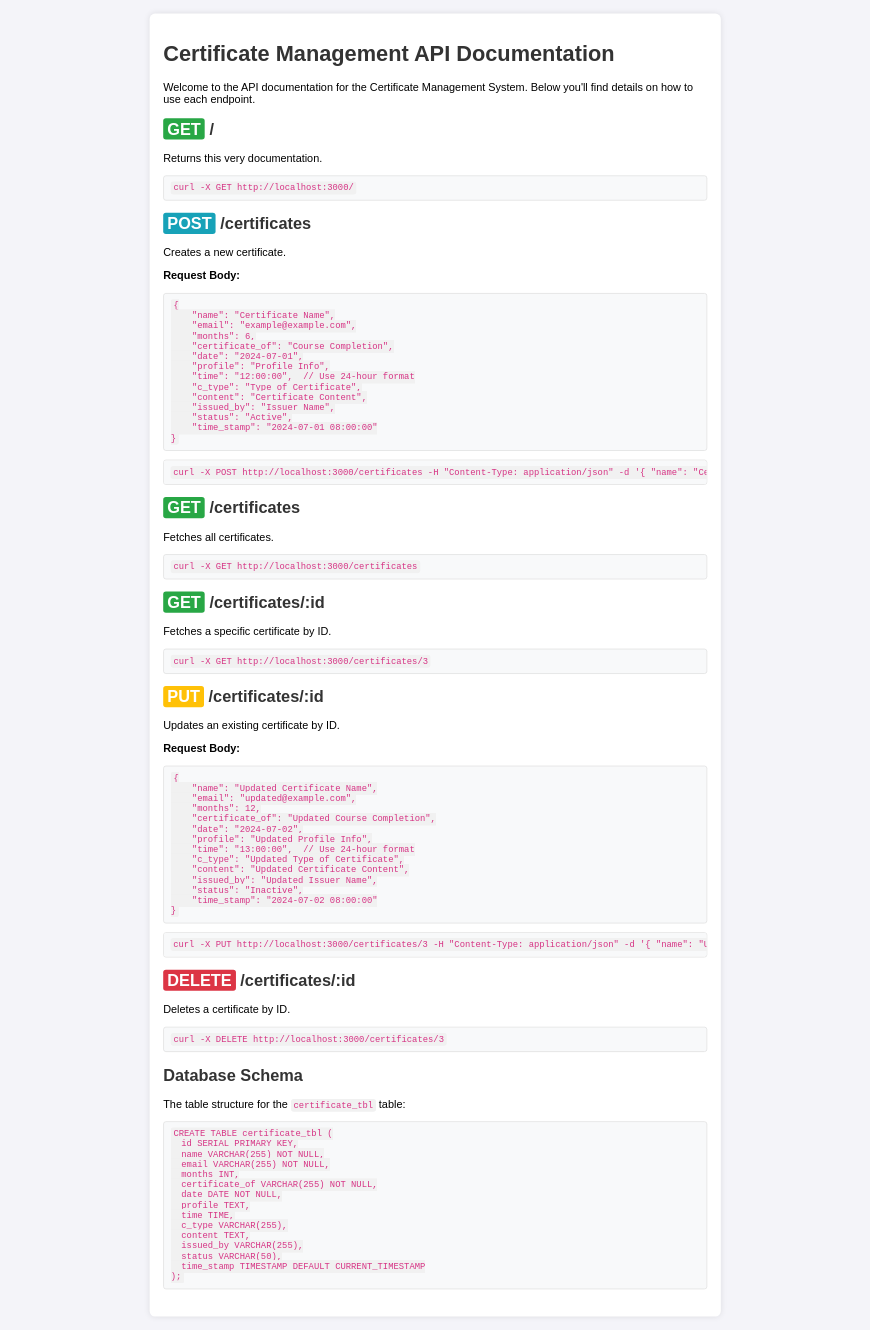
Repository: SpicierEwe/eod_node_express_server
Page: api_documentation/documentation.html
These files come from the project's save history. The page is drawn as it stood at one moment and after the next save; the edit follows.
The browser window is 1280 px wide. The pictures show the whole page, at 68% of full size.

Above is the page before, as saved 2024-08-02 17:25:28.

### api_documentation/documentation.html
<!DOCTYPE html>
<html lang="en">
  <head>
    <meta charset="UTF-8" />
    <meta name="viewport" content="width=device-width, initial-scale=1.0" />
    <title>Certificate Management API Documentation</title>
    <style>
      body {
        font-family: Arial, sans-serif;
        background-color: #f4f4f9;
        margin: 0;
        padding: 20px;
      }
      .container {
        max-width: 800px;
        margin: auto;
        background: #fff;
        padding: 20px;
        box-shadow: 0 0 10px rgba(0, 0, 0, 0.1);
        border-radius: 8px;
      }
      h1,
      h2 {
        color: #333;
      }
      .route {
        margin: 20px 0;
      }
      .method {
        font-weight: bold;
        color: #fff;
        background: #007bff;
        padding: 2px 6px;
        border-radius: 4px;
      }
      .method.get {
        background: #28a745;
      }
      .method.post {
        background: #17a2b8;
      }
      .method.put {
        background: #ffc107;
      }
      .method.delete {
        background: #dc3545;
      }
      code {
        background: #f1f1f1;
        padding: 2px 4px;
        border-radius: 4px;
        color: #d63384;
      }
      pre {
        background: #f8f9fa;
        padding: 10px;
        border-radius: 4px;
        overflow: auto;
        border: 1px solid #ddd;
      }
    </style>
  </head>
  <body>
    <div class="container">
      <h1>Certificate Management API Documentation</h1>
      <p>
        Welcome to the API documentation for the Certificate Management System.
        Below you'll find details on how to use each endpoint.
      </p>

      <div class="route">
        <h2><span class="method get">GET</span> /</h2>
        <p>Returns this very documentation.</p>
        <pre><code>curl -X GET http://localhost:3000/</code></pre>
      </div>

      <div class="route">
        <h2><span class="method post">POST</span> /certificates</h2>
        <p>Creates a new certificate.</p>
        <p><strong>Request Body:</strong></p>
        <pre><code>{
    "name": "Certificate Name",
    "email": "example@example.com",
    "months": 6,
    "certificate_of": "Course Completion",
    "date": "2024-07-01",
    "profile": "Profile Info",
    "time": "12:00:00",  // Use 24-hour format
    "c_type": "Type of Certificate",
    "content": "Certificate Content",
    "issued_by": "Issuer Name",
    "status": "Active",
    "time_stamp": "2024-07-01 08:00:00"
}</code></pre>
        <pre><code>curl -X POST http://localhost:3000/certificates -H "Content-Type: application/json" -d '{ "name": "Certificate Name", "email": "example@example.com", "months": 6, "certificate_of": "Course Completion", "date": "2024-07-01", "profile": "Profile Info", "time": "12:00:00", "c_type": "Type of Certificate", "content": "Certificate Content", "issued_by": "Issuer Name", "status": "Active", "time_stamp": "2024-07-01 08:00:00" }'</code></pre>
      </div>

      <div class="route">
        <h2><span class="method get">GET</span> /certificates</h2>
        <p>Fetches all certificates.</p>
        <pre><code>curl -X GET http://localhost:3000/certificates</code></pre>
      </div>

      <div class="route">
        <h2><span class="method get">GET</span> /certificates/:id</h2>
        <p>Fetches a specific certificate by ID.</p>
        <pre><code>curl -X GET http://localhost:3000/certificates/3</code></pre>
      </div>

      <div class="route">
        <h2><span class="method put">PUT</span> /certificates/:id</h2>
        <p>Updates an existing certificate by ID.</p>
        <p><strong>Request Body:</strong></p>
        <pre><code>{
    "name": "Updated Certificate Name",
    "email": "updated@example.com",
    "months": 12,
    "certificate_of": "Updated Course Completion",
    "date": "2024-07-02",
    "profile": "Updated Profile Info",
    "time": "13:00:00",  // Use 24-hour format
    "c_type": "Updated Type of Certificate",
    "content": "Updated Certificate Content",
    "issued_by": "Updated Issuer Name",
    "status": "Inactive",
    "time_stamp": "2024-07-02 08:00:00"
}</code></pre>
        <pre><code>curl -X PUT http://localhost:3000/certificates/3 -H "Content-Type: application/json" -d '{ "name": "Updated Certificate Name", "email": "updated@example.com", "months": 12, "certificate_of": "Updated Course Completion", "date": "2024-07-02", "profile": "Updated Profile Info", "time": "13:00:00", "c_type": "Updated Type of Certificate", "content": "Updated Certificate Content", "issued_by": "Updated Issuer Name", "status": "Inactive", "time_stamp": "2024-07-02 08:00:00" }'</code></pre>
      </div>

      <div class="route">
        <h2><span class="method delete">DELETE</span> /certificates/:id</h2>
        <p>Deletes a certificate by ID.</p>
        <pre><code>curl -X DELETE http://localhost:3000/certificates/3</code></pre>
      </div>

      <div class="route">
        <h2>Database Schema</h2>
        <p>The table structure for the <code>certificate_tbl</code> table:</p>
        <pre><code>CREATE TABLE certificate_tbl (
  id SERIAL PRIMARY KEY,
  name VARCHAR(255) NOT NULL,
  email VARCHAR(255) NOT NULL,
  months INT,
  certificate_of VARCHAR(255) NOT NULL,
  date DATE NOT NULL,
  profile TEXT,
  time TIME,
  c_type VARCHAR(255),
  content TEXT,
  issued_by VARCHAR(255),
  status VARCHAR(50),
  time_stamp TIMESTAMP DEFAULT CURRENT_TIMESTAMP
);
</code></pre>
      </div>
    </div>
  </body>
</html>

After the next save:
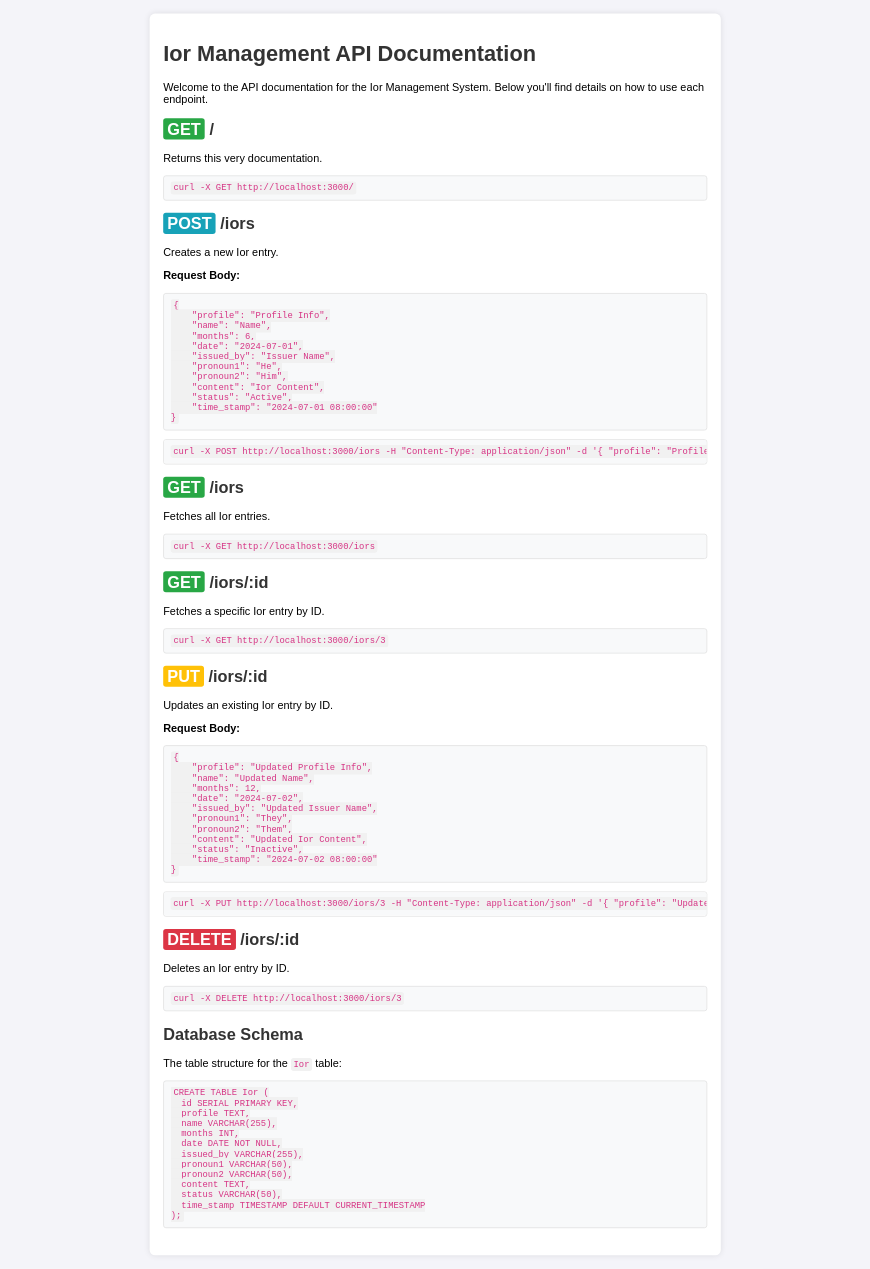
Saved 89 s later.
--- a/api_documentation/documentation.html
+++ b/api_documentation/documentation.html
@@ -3,7 +3,7 @@
   <head>
     <meta charset="UTF-8" />
     <meta name="viewport" content="width=device-width, initial-scale=1.0" />
-    <title>Certificate Management API Documentation</title>
+    <title>Ior Management API Documentation</title>
     <style>
       body {
         font-family: Arial, sans-serif;
@@ -62,10 +62,10 @@
   </head>
   <body>
     <div class="container">
-      <h1>Certificate Management API Documentation</h1>
+      <h1>Ior Management API Documentation</h1>
       <p>
-        Welcome to the API documentation for the Certificate Management System.
-        Below you'll find details on how to use each endpoint.
+        Welcome to the API documentation for the Ior Management System. Below
+        you'll find details on how to use each endpoint.
       </p>
 
       <div class="route">
@@ -75,80 +75,74 @@
       </div>
 
       <div class="route">
-        <h2><span class="method post">POST</span> /certificates</h2>
-        <p>Creates a new certificate.</p>
+        <h2><span class="method post">POST</span> /iors</h2>
+        <p>Creates a new Ior entry.</p>
         <p><strong>Request Body:</strong></p>
         <pre><code>{
-    "name": "Certificate Name",
-    "email": "example@example.com",
+    "profile": "Profile Info",
+    "name": "Name",
     "months": 6,
-    "certificate_of": "Course Completion",
     "date": "2024-07-01",
-    "profile": "Profile Info",
-    "time": "12:00:00",  // Use 24-hour format
-    "c_type": "Type of Certificate",
-    "content": "Certificate Content",
     "issued_by": "Issuer Name",
+    "pronoun1": "He",
+    "pronoun2": "Him",
+    "content": "Ior Content",
     "status": "Active",
     "time_stamp": "2024-07-01 08:00:00"
 }</code></pre>
-        <pre><code>curl -X POST http://localhost:3000/certificates -H "Content-Type: application/json" -d '{ "name": "Certificate Name", "email": "example@example.com", "months": 6, "certificate_of": "Course Completion", "date": "2024-07-01", "profile": "Profile Info", "time": "12:00:00", "c_type": "Type of Certificate", "content": "Certificate Content", "issued_by": "Issuer Name", "status": "Active", "time_stamp": "2024-07-01 08:00:00" }'</code></pre>
+        <pre><code>curl -X POST http://localhost:3000/iors -H "Content-Type: application/json" -d '{ "profile": "Profile Info", "name": "Name", "months": 6, "date": "2024-07-01", "issued_by": "Issuer Name", "pronoun1": "He", "pronoun2": "Him", "content": "Ior Content", "status": "Active", "time_stamp": "2024-07-01 08:00:00" }'</code></pre>
       </div>
 
       <div class="route">
-        <h2><span class="method get">GET</span> /certificates</h2>
-        <p>Fetches all certificates.</p>
-        <pre><code>curl -X GET http://localhost:3000/certificates</code></pre>
+        <h2><span class="method get">GET</span> /iors</h2>
+        <p>Fetches all Ior entries.</p>
+        <pre><code>curl -X GET http://localhost:3000/iors</code></pre>
       </div>
 
       <div class="route">
-        <h2><span class="method get">GET</span> /certificates/:id</h2>
-        <p>Fetches a specific certificate by ID.</p>
-        <pre><code>curl -X GET http://localhost:3000/certificates/3</code></pre>
+        <h2><span class="method get">GET</span> /iors/:id</h2>
+        <p>Fetches a specific Ior entry by ID.</p>
+        <pre><code>curl -X GET http://localhost:3000/iors/3</code></pre>
       </div>
 
       <div class="route">
-        <h2><span class="method put">PUT</span> /certificates/:id</h2>
-        <p>Updates an existing certificate by ID.</p>
+        <h2><span class="method put">PUT</span> /iors/:id</h2>
+        <p>Updates an existing Ior entry by ID.</p>
         <p><strong>Request Body:</strong></p>
         <pre><code>{
-    "name": "Updated Certificate Name",
-    "email": "updated@example.com",
+    "profile": "Updated Profile Info",
+    "name": "Updated Name",
     "months": 12,
-    "certificate_of": "Updated Course Completion",
     "date": "2024-07-02",
-    "profile": "Updated Profile Info",
-    "time": "13:00:00",  // Use 24-hour format
-    "c_type": "Updated Type of Certificate",
-    "content": "Updated Certificate Content",
     "issued_by": "Updated Issuer Name",
+    "pronoun1": "They",
+    "pronoun2": "Them",
+    "content": "Updated Ior Content",
     "status": "Inactive",
     "time_stamp": "2024-07-02 08:00:00"
 }</code></pre>
-        <pre><code>curl -X PUT http://localhost:3000/certificates/3 -H "Content-Type: application/json" -d '{ "name": "Updated Certificate Name", "email": "updated@example.com", "months": 12, "certificate_of": "Updated Course Completion", "date": "2024-07-02", "profile": "Updated Profile Info", "time": "13:00:00", "c_type": "Updated Type of Certificate", "content": "Updated Certificate Content", "issued_by": "Updated Issuer Name", "status": "Inactive", "time_stamp": "2024-07-02 08:00:00" }'</code></pre>
+        <pre><code>curl -X PUT http://localhost:3000/iors/3 -H "Content-Type: application/json" -d '{ "profile": "Updated Profile Info", "name": "Updated Name", "months": 12, "date": "2024-07-02", "issued_by": "Updated Issuer Name", "pronoun1": "They", "pronoun2": "Them", "content": "Updated Ior Content", "status": "Inactive", "time_stamp": "2024-07-02 08:00:00" }'</code></pre>
       </div>
 
       <div class="route">
-        <h2><span class="method delete">DELETE</span> /certificates/:id</h2>
-        <p>Deletes a certificate by ID.</p>
-        <pre><code>curl -X DELETE http://localhost:3000/certificates/3</code></pre>
+        <h2><span class="method delete">DELETE</span> /iors/:id</h2>
+        <p>Deletes an Ior entry by ID.</p>
+        <pre><code>curl -X DELETE http://localhost:3000/iors/3</code></pre>
       </div>
 
       <div class="route">
         <h2>Database Schema</h2>
-        <p>The table structure for the <code>certificate_tbl</code> table:</p>
-        <pre><code>CREATE TABLE certificate_tbl (
+        <p>The table structure for the <code>Ior</code> table:</p>
+        <pre><code>CREATE TABLE Ior (
   id SERIAL PRIMARY KEY,
-  name VARCHAR(255) NOT NULL,
-  email VARCHAR(255) NOT NULL,
+  profile TEXT,
+  name VARCHAR(255),
   months INT,
-  certificate_of VARCHAR(255) NOT NULL,
   date DATE NOT NULL,
-  profile TEXT,
-  time TIME,
-  c_type VARCHAR(255),
+  issued_by VARCHAR(255),
+  pronoun1 VARCHAR(50),
+  pronoun2 VARCHAR(50),
   content TEXT,
-  issued_by VARCHAR(255),
   status VARCHAR(50),
   time_stamp TIMESTAMP DEFAULT CURRENT_TIMESTAMP
 );
